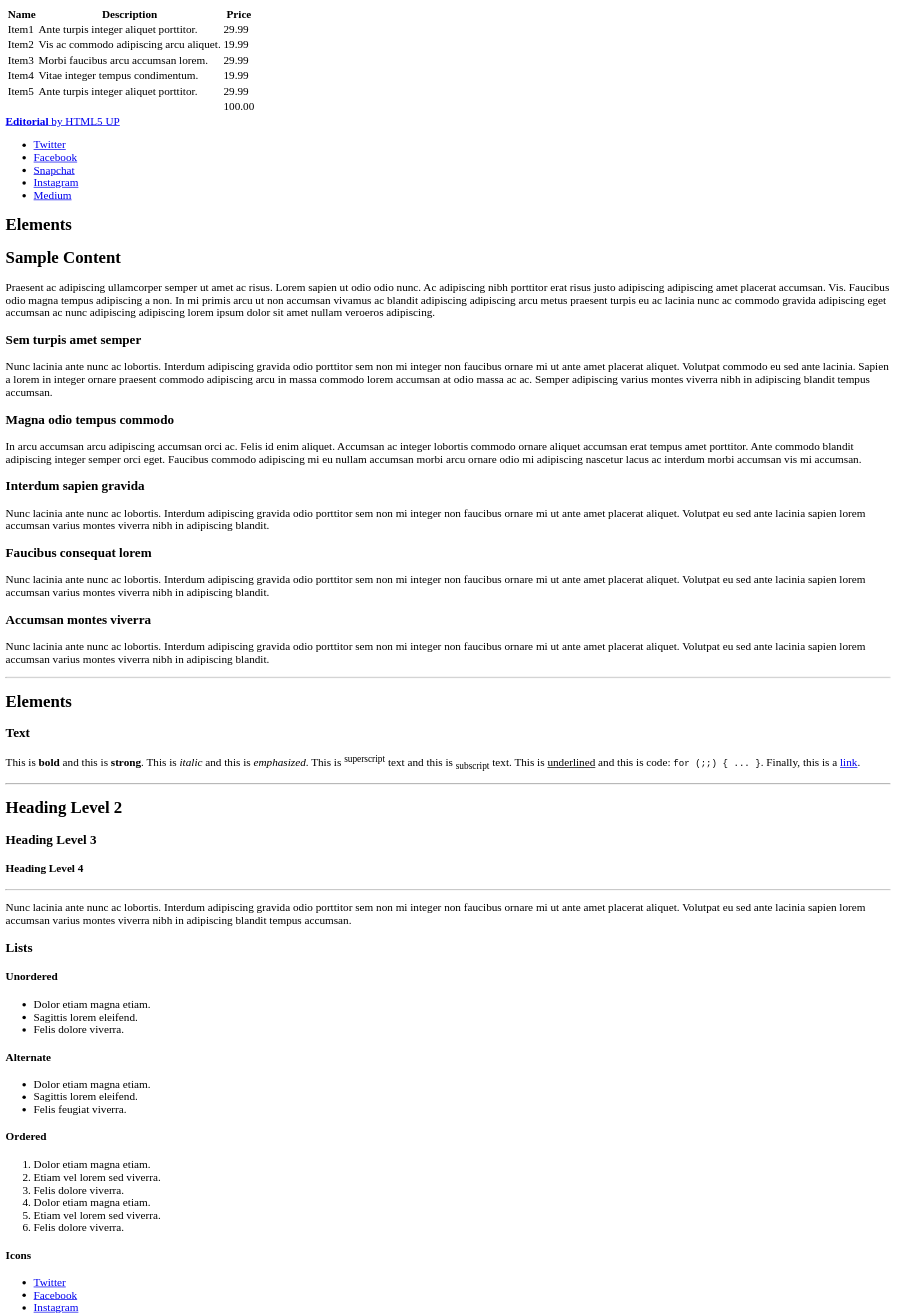
Repository: noCountJun/blog
Page: http://localhost/blogProject2/WEB-INF/views/board/boardList.jsp
An editor plug-in stored every save of this project. The page is shown before and after the next save, followed by the edit.
The browser window is 1280 px wide. The page is 1288 px wide, so the pictures cover 1288 px, including what lies to the right of the window. The pictures show the part of the page from y = 0 to 1880 px (the page is 9403 px tall before and 9247 px after), at 70% of full size.
The page is served by Tomcat 9. Nobody is signed in. The template is opened directly, without the code that normally fills it, so the values that code supplies are empty.

Above is the page before, as saved 2019-08-21 05:03:35.

After the next save:
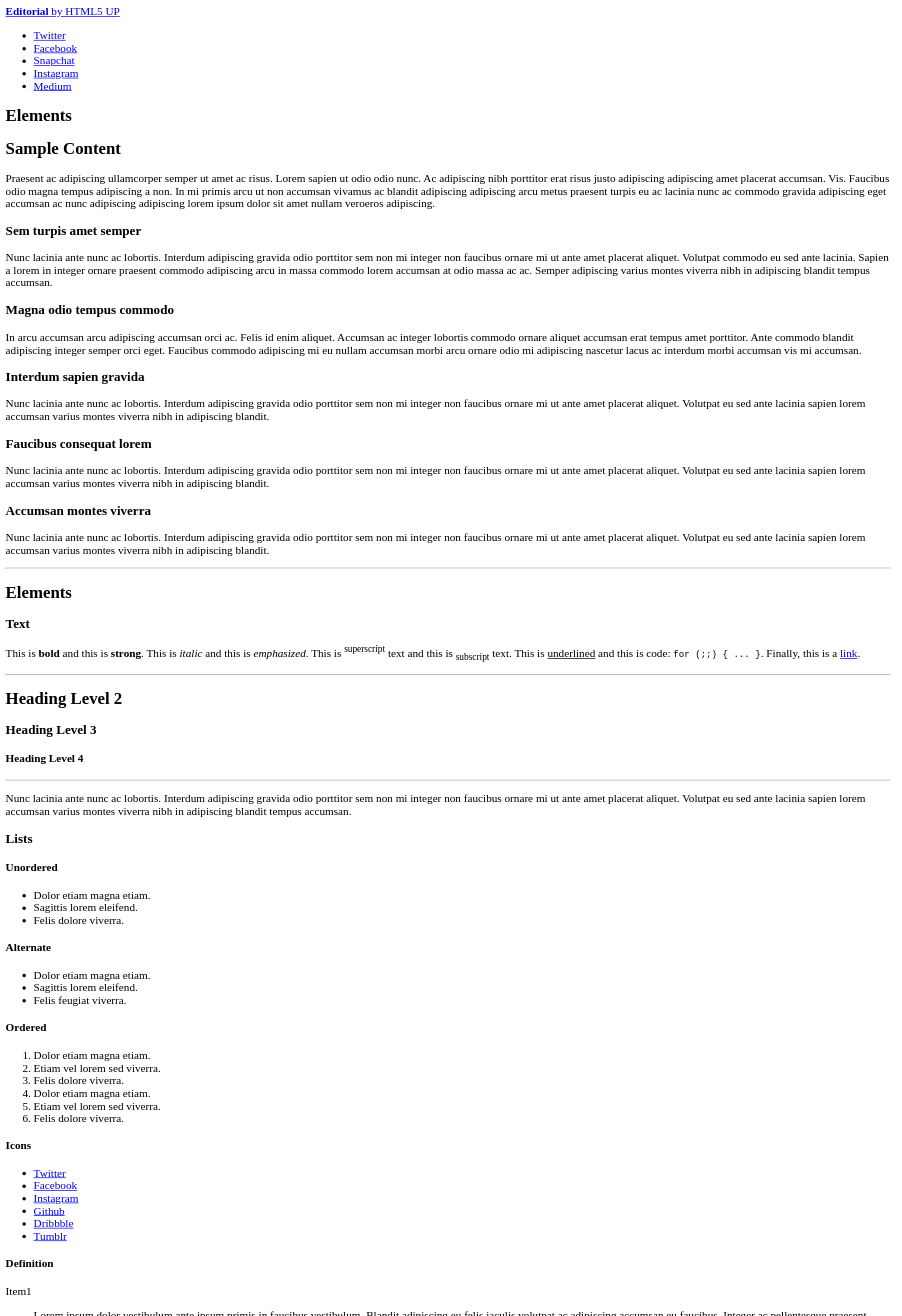
Saved 76 s later.
--- a/blogProject2/src/main/webapp/WEB-INF/views/board/boardList.jsp
+++ b/blogProject2/src/main/webapp/WEB-INF/views/board/boardList.jsp
@@ -4,50 +4,7 @@
 
 	<!-- Wrapper -->
 			<div id="wrapper">
-<div class="table-wrapper">
-														<table>
-															<thead>
-																<tr>
-																	<th>Name</th>
-																	<th>Description</th>
-																	<th>Price</th>
-																</tr>
-															</thead>
-															<tbody>
-																<tr>
-																	<td>Item1</td>
-																	<td>Ante turpis integer aliquet porttitor.</td>
-																	<td>29.99</td>
-																</tr>
-																<tr>
-																	<td>Item2</td>
-																	<td>Vis ac commodo adipiscing arcu aliquet.</td>
-																	<td>19.99</td>
-																</tr>
-																<tr>
-																	<td>Item3</td>
-																	<td> Morbi faucibus arcu accumsan lorem.</td>
-																	<td>29.99</td>
-																</tr>
-																<tr>
-																	<td>Item4</td>
-																	<td>Vitae integer tempus condimentum.</td>
-																	<td>19.99</td>
-																</tr>
-																<tr>
-																	<td>Item5</td>
-																	<td>Ante turpis integer aliquet porttitor.</td>
-																	<td>29.99</td>
-																</tr>
-															</tbody>
-															<tfoot>
-																<tr>
-																	<td colspan="2"></td>
-																	<td>100.00</td>
-																</tr>
-															</tfoot>
-														</table>
-													</div>
+
 				<!-- Main -->
 					<div id="main">
 						<div class="inner">
